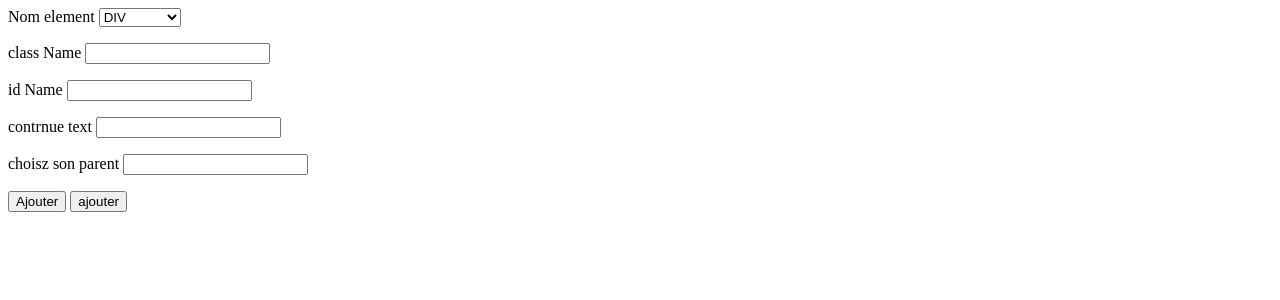
Repository: clairedupuich/excercice
Page: javaScript/CeerDivAvecFormulair/div.html
An editor plug-in stored every save of this project. The page is shown before and after the next save, followed by the edit.
The browser window is 1280 px wide. The pictures show the whole page.

Above is the page before, as saved 2020-10-12 11:33:16.

### javaScript/CeerDivAvecFormulair/div.html
<!DOCTYPE html>
<html lang="en">
<head>
    <meta charset="UTF-8">
    <meta name="viewport" content="width=device-width, initial-scale=1.0">
    <title>creer des elements</title>
    <link rel="stylesheet" href="div.css">
</head>
<body>
    <form action="" method="POST">
<div class = "contentForm">
    <label for = "elements">Nom element</label>
    <select id ="elements" name="elements">
        <option value="div">DIV</option>
        <option value="p">P</option>
        <option value="h1">H1</option>
        <option value="section">SECTION</option>
        <option value="a">A</option>
        <option value="span">SPAN</option>
        <option value="header">HEADER</option>
        <option value="main">MAIN</option>
        <option value="footer">FOOTER</option>
    </select>
</div>
<div class = "contentForm">
    <label for = "className">class Name</label>
    <input id ="className" name="className" type="text">
</div>
<div class = "contentForm">
    <label for = "idName">id Name</label>
    <input id ="idName" name="idName" type="text">
</div>
<div class = "contentForm">
    <label for = "cont">contrnue text</label>
    <input id ="cont" name="cont" type="text">
</div>
<div class = "contentForm">
    <label for = "parentName">choisz son parent</label>
    <input id ="parentName" name="parentName" type="text">
</div>
    <button>Ajouter</button>
    <input type="submit" value="ajouter">
</form>
<div id = "vide"></div>



    <script src="div.js"></script>
</body>
</html>

### javaScript/CeerDivAvecFormulair/div.css
div {
    margin-bottom: 1em;
    text-align: justify;
}

Loaded but not shown: javaScript/CeerDivAvecFormulair/div.js (no stored copy; drawn as an empty file)

After the next save:
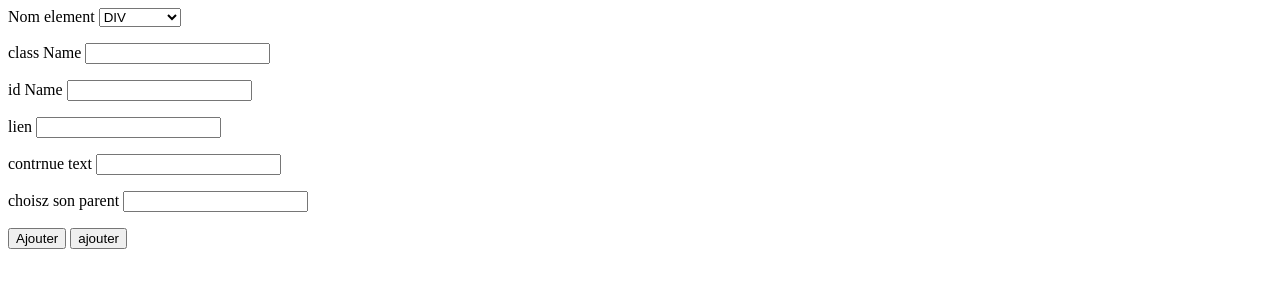
Saved 18 min 8 s later.
--- a/javaScript/CeerDivAvecFormulair/div.html
+++ b/javaScript/CeerDivAvecFormulair/div.html
@@ -31,6 +31,10 @@
     <input id ="idName" name="idName" type="text">
 </div>
 <div class = "contentForm">
+    <label for = "lienName">lien</label>
+    <input id ="lienName" name="lienName" type="url">
+</div>
+<div class = "contentForm">
     <label for = "cont">contrnue text</label>
     <input id ="cont" name="cont" type="text">
 </div>
